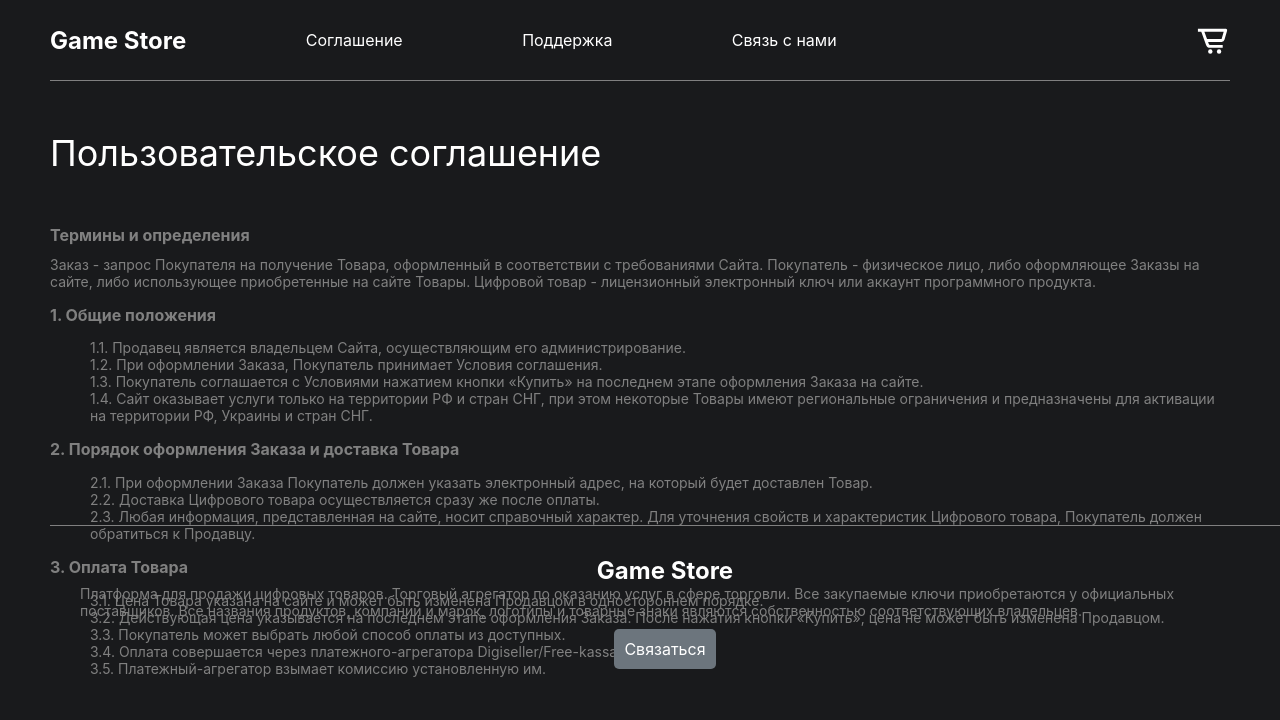
Repository: Minkeani/GameStore
Page: /agreement
These files come from the project's save history. The page is drawn as it stood at one moment and after the next save; the edit follows.
The browser window is 1280 px wide. The pictures show the whole page.
The project was rebuilt for these pictures with package versions that can differ from the ones it lists, and the page was loaded fresh each time. Also part of the build but not shown: src/components/ItemsInCart/ItemsInCart.css, src/components/ItemsInCart/ItemsInCart.jsx, src/components/CartMenu/CartMenu.css, src/components/Btn/Btn.css, src/components/Btn/Btn.jsx, src/components/CartItem/CartItem.css, src/components/CartItem/CartItem.jsx, src/components/utils/utils.js and 18 more.

Above is the page before, as saved 2022-09-11 11:24:24.

After the next save:
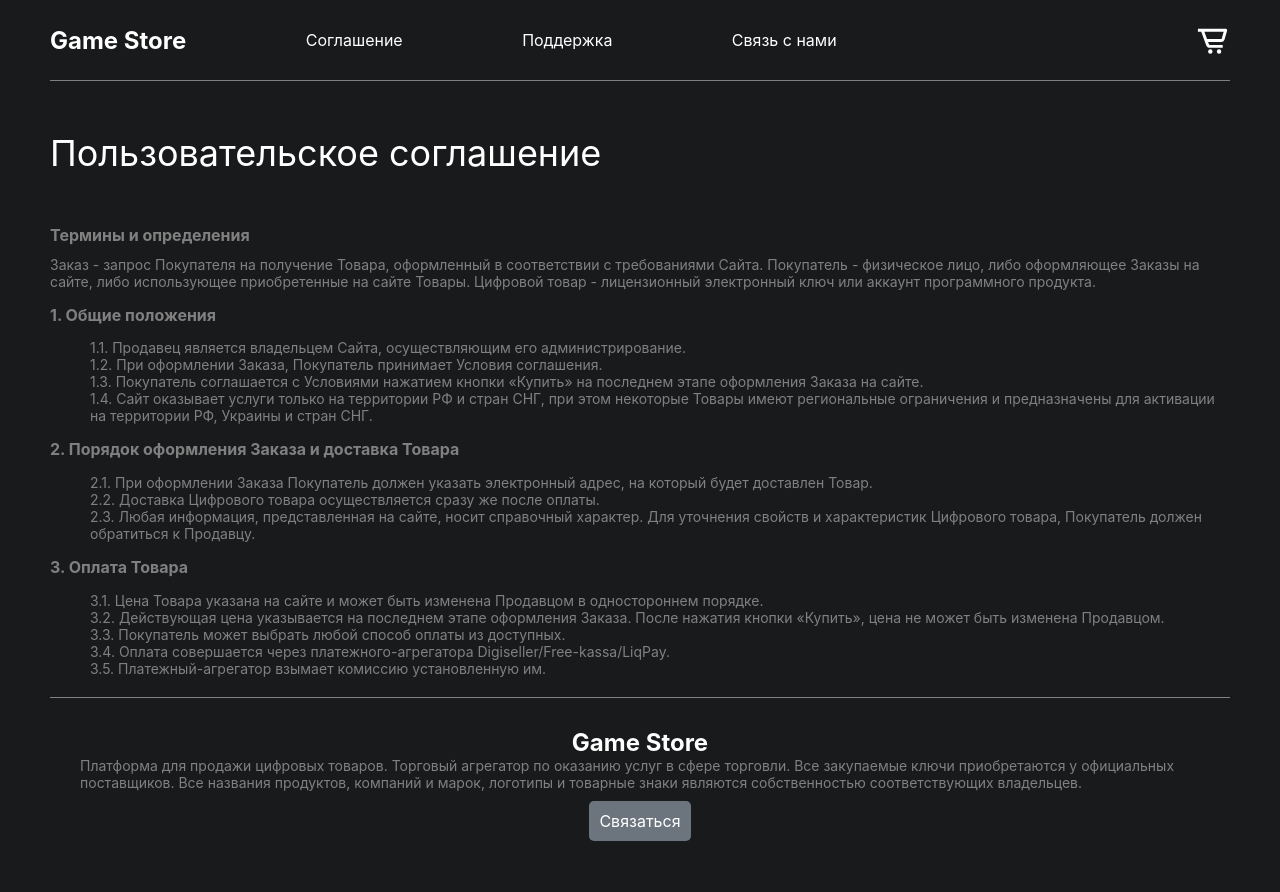
Saved 24 s later.
--- a/src/components/Footer/Footer.css
+++ b/src/components/Footer/Footer.css
@@ -1,8 +1,6 @@
 .footer {
     max-height: 20vh;
     padding: 10px;
-    position: absolute;
-    bottom: 0;
     margin-bottom: 30px;
     margin-top: 20px;
     border-top: 1px solid gray
